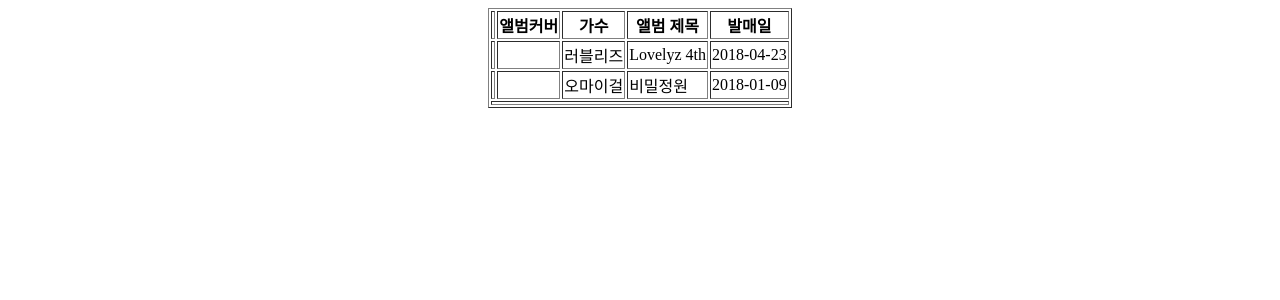
Repository: kisunssong/jsp
Page: http://localhost/test/tabletest2.jsp
The author's editor kept a copy of each file at every save. The page is drawn from the files as they stood at one save, then again after the next save.
The browser window is 1280 px wide. The pictures show the whole page.
The page is served by Tomcat 9.

Above is the page before, as saved 2020-11-15 07:05:15.

After the next save:
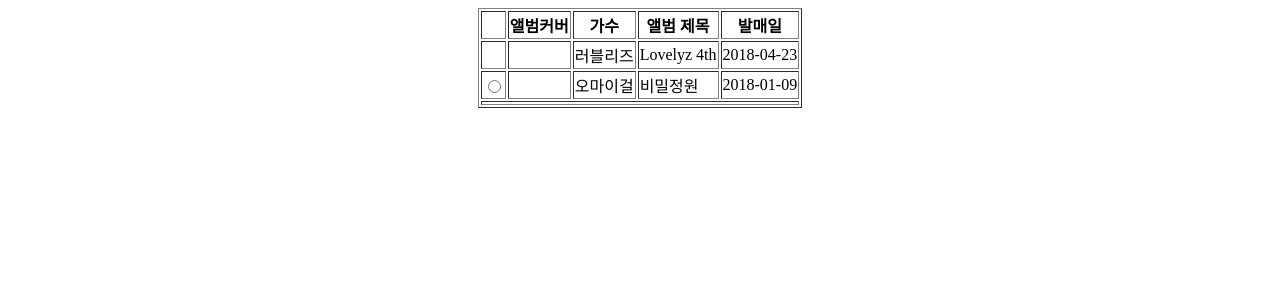
Saved 50 s later.
--- a/test/WebContent/tabletest2.jsp
+++ b/test/WebContent/tabletest2.jsp
@@ -19,7 +19,7 @@
       <td>2018-04-23</td>
     </tr>
     <tr>
-      <td type="radio"></td>
+      <td><input type="radio"></td>
       <td></td>
       <td>오마이걸</td>
       <td>비밀정원</td>
